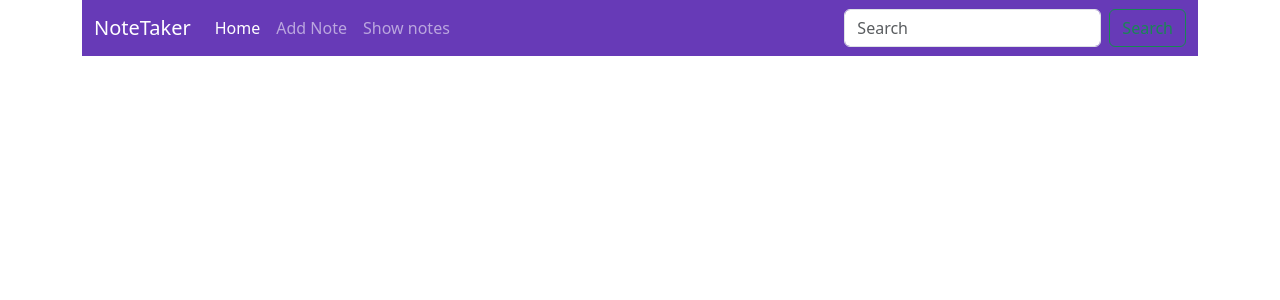
Repository: smritihbtu/Note-Maker
Page: http://localhost/NoteTaker/
An editor plug-in stored every save of this project. The page is shown before and after the next save, followed by the edit.
The browser window is 1280 px wide. The pictures show the whole page.
The page is served by Tomcat 9.

Above is the page before, as saved 2023-08-19 16:22:12.

After the next save:
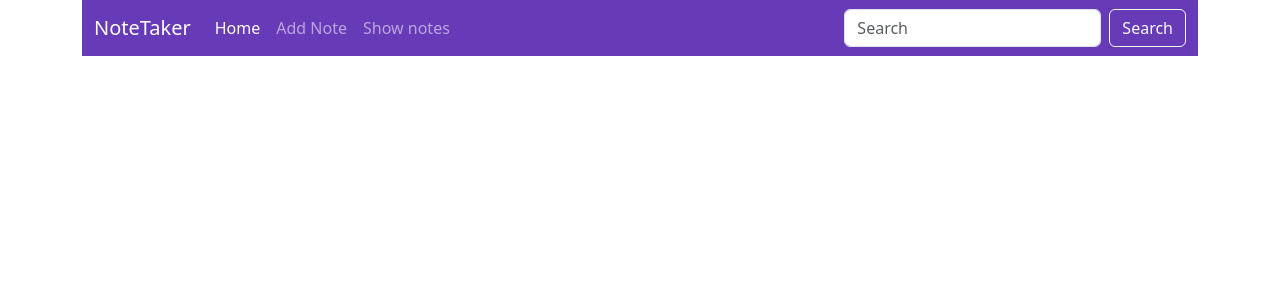
Saved 53 s later.
--- a/NoteTaker/src/main/webapp/navbar.jsp
+++ b/NoteTaker/src/main/webapp/navbar.jsp
@@ -12,24 +12,14 @@
         <li class="nav-item">
           <a class="nav-link" href="#">Add Note</a>
         </li>
-      <!--   <li class="nav-item dropdown">
-          <a class="nav-link dropdown-toggle" href="#" role="button" data-bs-toggle="dropdown" aria-expanded="false">
-            Dropdown
-          </a>
-          <ul class="dropdown-menu">
-            <li><a class="dropdown-item" href="#">Action</a></li>
-            <li><a class="dropdown-item" href="#">Another action</a></li>
-            <li><hr class="dropdown-divider"></li>
-            <li><a class="dropdown-item" href="#">Something else here</a></li>
-          </ul>
-        </li> -->
+
         <li class="nav-item">
           <a class="nav-link " href="#">Show notes</a>
         </li>
       </ul>
       <form class="d-flex" role="search">
         <input class="form-control me-2" type="search" placeholder="Search" aria-label="Search">
-        <button class="btn btn-outline-success" type="submit">Search</button>
+        <button class="btn btn-outline-light" type="submit">Search</button>
       </form>
     </div>
   </div>
